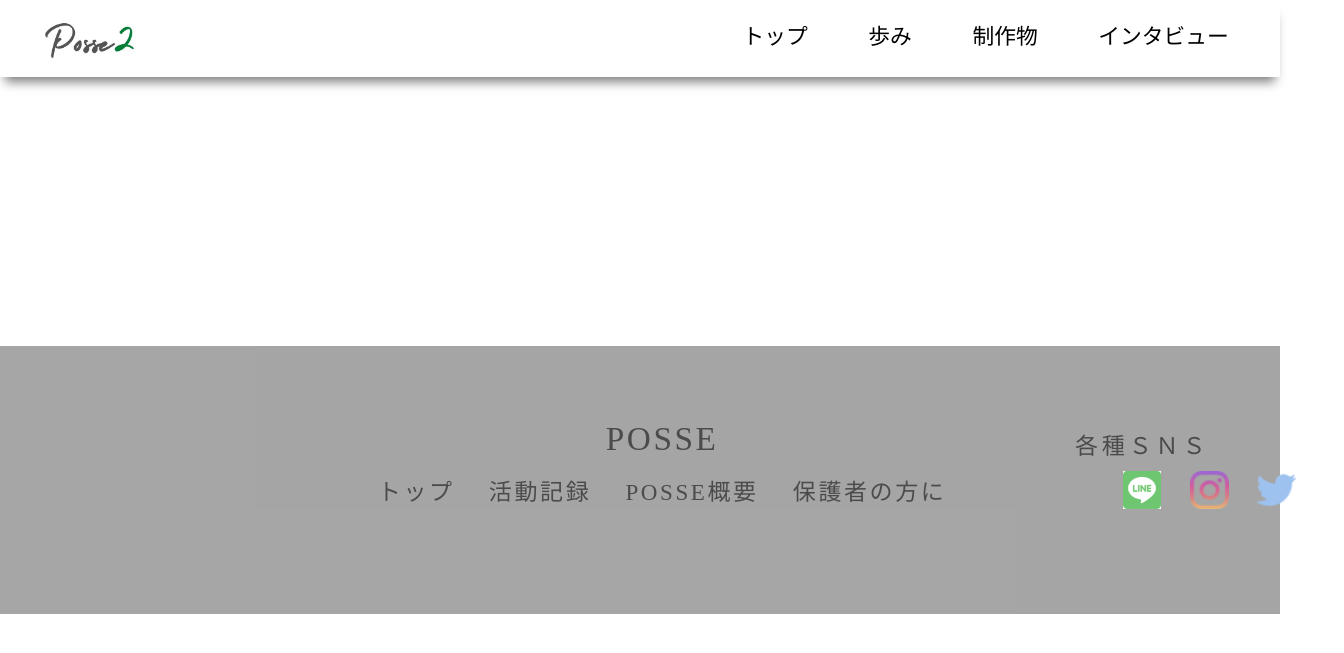
Repository: posse-ap/posse2-hackathon-202202-team2A
Page: topPage/index.html
An editor plug-in stored every save of this project. The page is shown before and after the next save, followed by the edit.
The browser window is 1280 px wide. The page is 1344 px wide, then 1280 px, so the pictures cover 1344 px, including what lies to the right of the window. The pictures show the whole page.

Above is the page before, as saved 2022-02-15 02:39:20.

### topPage/index.html
<!DOCTYPE html>
<html lang="en">

<head>
    <meta charset="UTF-8" />
    <meta http-equiv="X-UA-Compatible" content="IE=edge" />
    <meta name="viewport" content="width=device-width, initial-scale=1.0" />
    <title>Document</title>
    <link rel="stylesheet" href="/reset.css" />
    <link rel="stylesheet" href="/topPage/style.css" />
</head>

<body>
    <!-- <header id="header" class="header">
        <div class="header_content">
            <div class="header_title">
                <img src="/topPage images/S__31211608.jpg" alt="" class="header_title_img">
            </div>
            <div class="header_links">
                <ul>
                    <li><a href="">トップページ</a></li>
                    <li><a href="">活動記録</a></li>
                    <li><a href="">日常の記録</a></li>
                    <li><a href="">保護者の方へ</a></li>
                </ul>
            </div>
        </div>
    </header> -->

    <header id="header" class="header">
        <div class="header_content">
            <div class="header_title">
                <img src="/topPage images/S__31211608.jpg" alt="" class="header_title_img">
            </div>
            <!-- ①サイトタイトル -->
            <div class="nav-wrapper header_links">
                <!-- ②ナビゲーションメニュー -->
                <nav class="header-nav">
                    <ul class="nav-list">
                        <li class="nav-item">
                            <a href="">トップ</a>
                        </li>
                        <li class="nav-item">
                            <a href="">歩み</a>
                        </li>
                        <li class="nav-item">
                            <a href="">制作物</a>
                        </li>
                        <li class="nav-item">
                            <a href="">インタビュー</a>
                        </li>
                    </ul>
                </nav>
            </div>
            <button class="burger-btn">
                <!-- ③ハンバーガーボタン -->
                <span class="bar bar_top"></span>
                <span class="bar bar_mid"></span>
                <span class="bar bar_bottom"></span>
            </button>
        </div>
    </header>



    <footer class="footer">
        <div class='footer_box'>
            <div class="footer_box1">
                <div class='footer_official_box'>
                    <label for="logo"><p>POSSE</p></label>
                    <!-- <a id='logo'  href="https://posse.anti-pattern.co.jp/"><img class='posse_logo_footer' src="img\posseLogo.png" alt="ポッセロゴ"></a> -->
                </div>
                <div class='footer_other_box'>
                    <div class='footer_page_in_site'>
                        <a href="">トップ</a>
                        <a href="">活動記録</a>
                        <a href="">POSSE概要</a>
                        <a href="">保護者の方に</a>
                    </div>
                </div>
            </div>
            <div class='SNS'>
                <p>各種ＳＮＳ</p>
                <div class='SNS_box'>
                    <a href=""><img src="/topPage images/LINE.png" alt=""></a>
                    <a href="https://instagram.com/posse_programming?utm_medium=copy_link"><img src="/topPage images/instagram2.png" alt="instagram"></a>
                    <a href="https://twitter.com/posse_program?s=20"><img src="/topPage images/twitter2.png" alt="twitter"></a>
                </div>
            </div>
        </div>
    </footer>

    <script src="https://ajax.googleapis.com/ajax/libs/jquery/3.6.0/jquery.min.js"></script>
    <script src="/topPage/script.js"></script>
</body>

</html>

### topPage/style.css
html {
    font-size: 1vw;
}

body {
    text-align: center;
    margin: 0 auto;
    font-family: "ヒラギノ丸ゴ Pro W4", "ヒラギノ丸ゴ Pro", "Hiragino Maru Gothic Pro", "ヒラギノ角ゴ Pro W3", "Hiragino Kaku Gothic Pro", "HG丸ｺﾞｼｯｸM-PRO", "HGMaruGothicMPRO";
}

.header_content {
    width: 95%;
    height: 90%;
    display: flex;
    justify-content: space-between;
    opacity: 1;
    margin: 0 6rem 0.3rem 1rem;
}

.header_title {
    display: flex;
}

.header_title_img {
    display: block;
    width: 12rem;
    height: 4rem;
    opacity: 1;
}



.header_links {
    width: 40%;
    padding: 1rem 0 0 0;
}

.header_links ul {
    display: flex;
    justify-content: space-between;
}

.header_links li a {
    display: block;
    color: black;
    text-decoration: none;
    font-size: 1.7rem;
}

.header_links li a:hover {
    opacity: 0.4;
    transform: translate(0, -5px);
}


.header {
    width: 100%;
    height: 6rem;
    background: white;
    position: fixed;
    top: 0;
    left: 0;
    padding-top: 1.1rem;
    box-sizing: border-box;
    z-index: 5;
    box-shadow: 0px 10px 10px -5px rgba(0, 0, 0, 0.5);
}

.SNS_box{
    width: 200%;
}


/* -------------------- */
/* header
  /* -------------------- */
/* .header {
    align-items: center;
    background-color: #1b1310;
    border-bottom: 1px solid #fff;
    color: #fff;
    display: flex;
    height: 74px;
    justify-content: space-between;
    padding: 0 120px;
} */

/* .nav-list {

    display: flex;
} */

/* .nav-item {

    margin-right: 55px;
} */

.burger-btn {
    display: none;
}

/* ------------------ */
/* fv
  /* ------------------ */
.fv {
    align-items: center;
    background-color: #141414;
    background-image: url(../img/fv-bgi@2x.jpg);
    background-position: center;
    background-size: cover;
    display: flex;
    flex-direction: column;
    height: 90vh;
    justify-content: center;
}

/* .main-copy {
    border: 2px solid #fff;
    color: #fff;
    font-size: 50px;
    font-weight: bold;
    padding: 34px 42px;
} */

/* ------------------ */
/* about
  /* ------------------ */
.section-title {
    font-size: 36px;
    font-weight: bold;
    letter-spacing: .05em;
    margin-bottom: 70px;
    text-align: center;
}

h3 {
    font-size: 2.4rem;
    font-weight: bold;
    letter-spacing: .1em;
    line-height: 2;
    margin-bottom: 40px;
}

.section-wrapper {
    padding: 100px 10% 50px;
}

@media screen and (min-width:541px) and (max-width:1024px) {
    .header{
        height: 10rem;
    }

    .header_content{
        padding-top: 2rem;
    }

    .header_title_img{
        width: 100%;
        height: 70%;
    }

    .header_links li a{
        font-size: 2.7rem;
        margin-top: 0;
    }

    .header_links{
        width: 50%;
    }
}

@media screen and (max-width:540px) {

    /* ----------------------- */
    /* base_sp
    /* ----------------------- */
    /* デフォルトのbuttonスタイルをリセット */
    button {
        -webkit-appearance: none;
        -moz-appearance: none;
        appearance: none;
        background: transparent;
        border: 0;
        border-radius: 0;
        color: inherit;
        cursor: pointer;
        font: inherit;
        margin: 0;
        outline: none;
        padding: 0;
        vertical-align: middle;
    }

    /* ------------------ */
    /* humberger-menu */
    /* ------------------ */
    .header {
        padding: 0;
        height: 15rem;
    }

    .header_title_img{
        margin-top: 2rem;
        width: 30rem;
        height: 10rem;
    }

    /* 以下、ハンバーガーボタン */
    .burger-btn {
        display: block;
        height: 22%;
        position: relative;
        width: 20%;
        z-index: 3;
        /* codepenの挙動のため */
        background-color: transparent;
        border: none;
        margin-top: 6rem;
    }



    .bar {
        background-color: black;
        display: block;
        height: 0.1rem;
        left: 50%;
        position: absolute;
        transform: translateX(-50%);
        width: 7rem;
    }

    .bar_top {
        top: 3rem;
    }

    .bar_mid {
        top: 50%;
        transform: translate(-50%, -50%);
    }

    .bar_bottom {
        bottom: 3rem;
    }

    .burger-btn.close{
        margin-top: 8.4rem;
    }

    .burger-btn.close .bar_top {
        transform: translate(-50%,-4.3rem) rotate(45deg);
        transition: transform .3s;
    }

    .burger-btn.close .bar_mid {
        opacity: 0;
        transition: opacity .3s;
    }

    .burger-btn.close .bar_bottom {
        transform: translate(-50%, -1rem) rotate(-45deg);
        transition: transform .3s;
    }

    /* スクロール制御 */
    .noscroll {
        overflow: hidden;
    }

    /* 以下、ハンバーガーメニュー */
    .nav-wrapper {
        visibility: hidden;
        height: 100vh;
        left: 0;
        position: fixed;
        top: 0;
        width: 100vw;
        opacity: 0;
        transition: opacity .5s;
        z-index: 2;
        /*キービジュアルと.btn_triggerとの重なりの前後関係を調整*/
    }

    .header-nav {
        background-color: white;
        height: 100%;
        width: 100%;
        z-index: 2;
    }

    .header_links ul{
        display: block;
    }

    .nav-list {
        display: block;
        left: 50%;
        position: absolute;
        text-align: center;
        top: 50%;
        transform: translate(-50%, -50%);
    }

    .nav-item {
        margin-bottom: 40px;
        margin-right: 0;
    }

    .header_links li a{
        font-size: 5rem;
    }

    /* メニューオープン時 */
    .nav-wrapper.fade {
        opacity: 1;
        visibility: visible;
    }

    /* ------------------ */
    /* fv */
    /* ------------------ */
    .main-copy {
        font-size: 30px;
    }

    /* ------------------ */
    /* about */
    /* ------------------ */
    h3 {
        font-size: 20px;
        margin-bottom: 30px;
    }

    .section-wrapper {
        padding: 100px 5% 50px;
    }
}

/* ふったー */
.footer {
    background-color: grey;
    opacity: 0.7;
}

.footer_box {
    width: 75%;
    height: 15rem;
    display: flex;
    justify-content: space-around;
    padding: 6rem 0 0 0;
    position: relative;
    right: -23%;
    margin-top: 27rem;
}

.footer_official_box label p {
    color: black;
    font-size: 2.6rem;
    letter-spacing: 0.2rem;
}

.footer_official_box label p:hover {
    opacity: 0.4;
    transform: translate(0, -5px);
}

.footer_page_in_site a {
    color: black;
    text-decoration: none;
    font-size: 1.8rem;
    letter-spacing: 0.2rem;
}

.footer_page_in_site a:hover {
    opacity: 0.4;
    transform: translate(0, -5px);
}

.SNS {
    width: 14%;
}

.SNS_box a {
    margin: 1rem;
}

.SNS_box a img {
    width: 3rem;
    height: 3rem;
}

.SNS_box a :hover {
    opacity: 0.4;
    transform: translate(0, -5px);
}

.SNS p {
    color: black;
    font-size: 1.8rem;
    margin: 1rem 0;
    letter-spacing: 0.3rem;
}

/* .SNS p:hover {
    opacity: 0.4;
    transform: translate(0, -5px);
} */

.posse_logo_footer {
    width: 80%;
    height: 40%;
}

.footer_other_box {
    font-size: 1.5rem;
    letter-spacing: 0.3rem;
    margin: 2rem;
}

.footer_page_in_site a {
    margin: 0 1rem;
}

@media screen and (min-width:541px) and (max-width:1024px) {
    .footer{
        height: 30rem;
    }

    .footer_official_box label p{
        font-size: 7rem;
    }

    .SNS p{
        display: block;
        margin: 3rem auto;
        font-size: 3rem;
        white-space: nowrap
    }

    .footer_page_in_site a{
        font-size: 3rem;
    }

    .footer_box{
        display: block;
        right: -13%;
    }

    .SNS{
        margin: 0 auto;
        width: 100%;
    }


    .footer_official_box label p{
        font-size: 4rem;
    }

    .SNS_box a img {
        width: 5rem;
        height: 5rem;
    }
}


@media screen and (max-width:540px) {
    .footer_box {
        display: block;
        height: 20rem;
        margin:  20rem 0;
        right: -5%;
        width: 90%;
    }

    .footer_official_box label p{
        font-size: 10rem;
    }

    .footer_page_in_site a{
        font-size: 5rem;
        display: block;
    }

    .footer_page_in_site{
        display: block;
        line-height: 7rem;
    }

    .footer{
        height: 70rem;
    }

    .SNS{
        margin: 0 auto;
        width: 100%;
    }

    .SNS p{
        display: block;
        width: 50rem;
        margin: 3rem auto;
        font-size: 7rem;
        white-space: nowrap
    }

    .SNS_box a img {
        width: 7rem;
        height: 7rem;
    }
}

### topPage/script.js
$('.burger-btn').on('click', function () {//.btn_triggerをクリックすると
    $('.burger-btn').toggleClass('close');//.btn_triggerにcloseクラスを付与(ボタンのアニメーション)
    $('.nav-wrapper').toggleClass('fade');//.nav-wrapperに
    $('body').toggleClass('noscroll');//bodyにnoscrollクラスを付与(スクロールを固定)
});

Loaded but not shown: reset.css (common file)

After the next save:
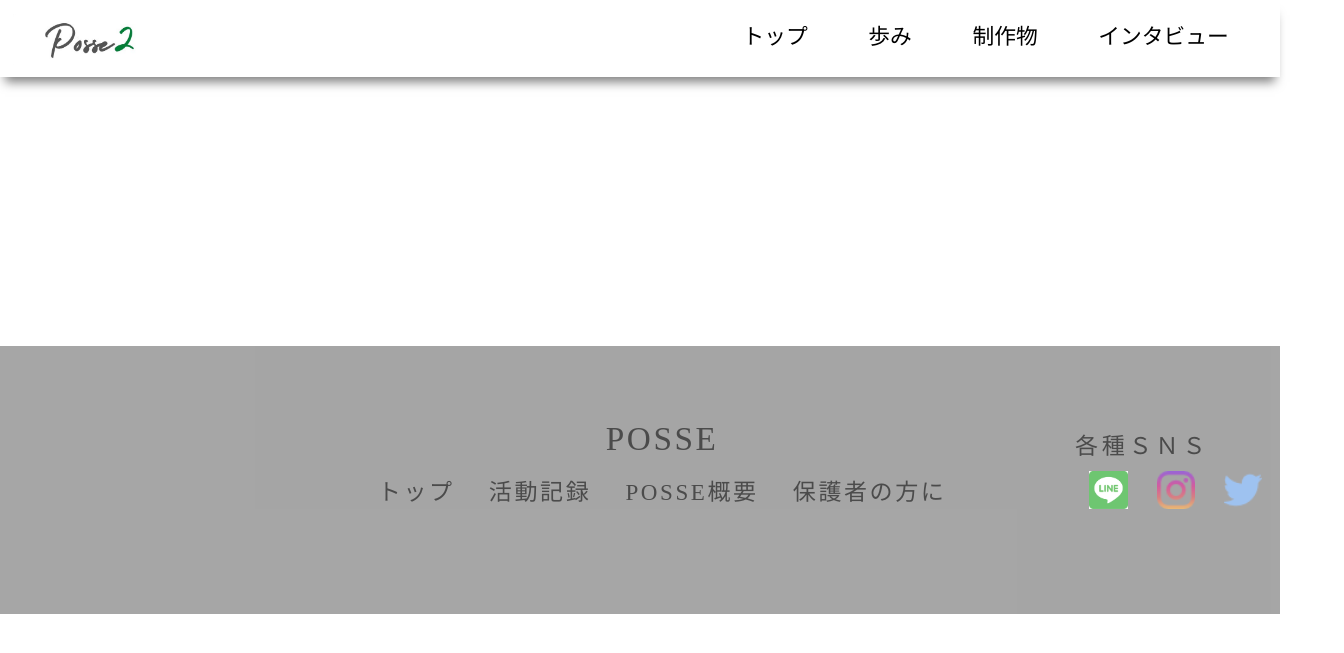
Saved 7 s later.
--- a/topPage/style.css
+++ b/topPage/style.css
@@ -67,7 +67,7 @@ body {
 }
 
 .SNS_box{
-    width: 200%;
+    width: 150%;
 }
 
 
